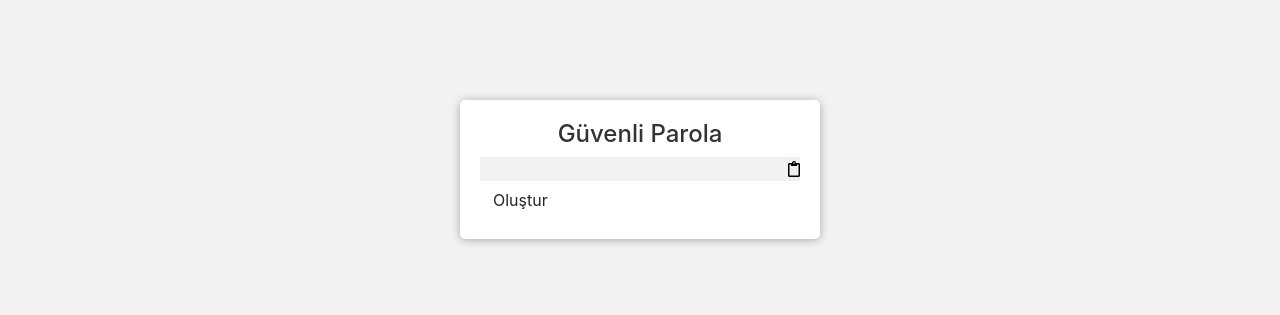
Repository: DogukanSAVA/SecurityKey
Page: index.html
An editor plug-in stored every save of this project. The page is shown before and after a run of saves, followed by the edit.
The browser window is 1280 px wide. The pictures show the whole page.
Some web libraries are served in a nearby version.

Above is the page before, as saved 2021-09-20 13:51:31.

### index.html
<!DOCTYPE html>
<html lang="en">

<head>
          <meta charset="UTF-8">
          <meta http-equiv="X-UA-Compatible" content="IE=edge">
          <meta name="viewport" content="width=device-width, initial-scale=1.0">
          <title>Random Security Key</title>

          <link rel="stylesheet" href="https://cdn.jsdelivr.net/npm/bootstrap@4.6.0/dist/css/bootstrap.min.css"
                    integrity="sha384-B0vP5xmATw1+K9KRQjQERJvTumQW0nPEzvF6L/Z6nronJ3oUOFUFpCjEUQouq2+l"
                    crossorigin="anonymous">

          <link rel="stylesheet" href="https://pro.fontawesome.com/releases/v5.10.0/css/all.css"
                    integrity="sha384-AYmEC3Yw5cVb3ZcuHtOA93w35dYTsvhLPVnYs9eStHfGJvOvKxVfELGroGkvsg+p"
                    crossorigin="anonymous">

          <link rel="stylesheet" href="style.css">
</head>

<body>
          <div class="wrap">
                    <h2>Güvenli Parola</h2>
                    <div class="result">
                              <span id="result"></span>
                              <button id="clipboard">
                                        <i class="far fa-clipboard"></i>
                              </button>
                    </div>
                    <button id="generate" class="btn">Oluştur</button>
          </div>


          <script src="main.js" charset="utf-8"></script>
</body>

</html>

### style.css
* {
  margin: 0;
  padding: 0;
  border: 0;
  box-sizing: border-box;
}

body {
  display: flex;
  flex-direction: column;
  align-items: center;
  background-color: #f2f2f2;
  color: #333;
}

.wrap {
  width: 360px;
  margin-top: 100px;
  padding: 20px;
  background-color: #fff;
  box-shadow: 0px 1px 10px 0px rgba(0, 0, 0, 0.3);
  border-radius: 5px;
}

h2 {
  font-size: 24px;
  text-align: center;
}

.result{display: flex;
flex-direction: row;
align-items: center;
justify-content: space-between;
background-color: #f2f2f2;}

Loaded but not shown: main.js (no copy from this time; the picture is the same without it)

After the next 3 saves:
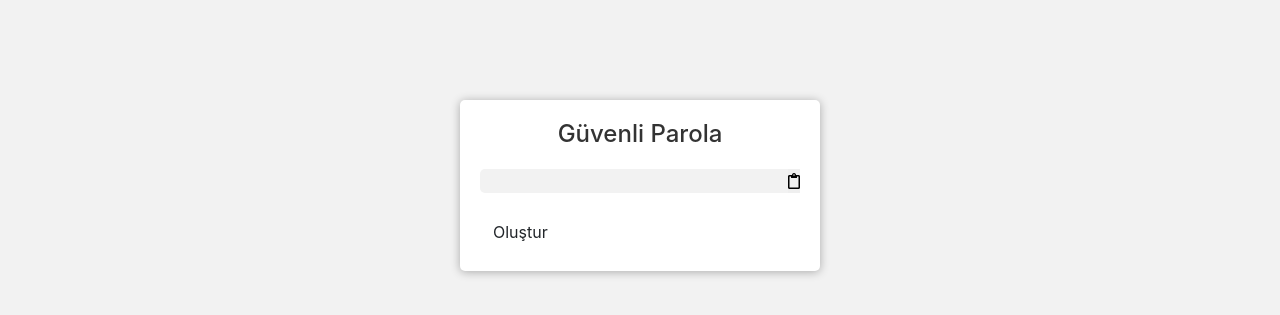
The 3 saves are shown as one change because they came seconds apart.
The last was saved 9 s later.
--- a/style.css
+++ b/style.css
@@ -27,8 +27,12 @@
   text-align: center;
 }
 
-.result{display: flex;
-flex-direction: row;
-align-items: center;
-justify-content: space-between;
-background-color: #f2f2f2;}
+.result {
+  display: flex;
+  flex-direction: row;
+  align-items: center;
+  justify-content: space-between;
+  background-color: #f2f2f2;
+  border-radius: 5px;
+  margin: 20px 0px;
+}
